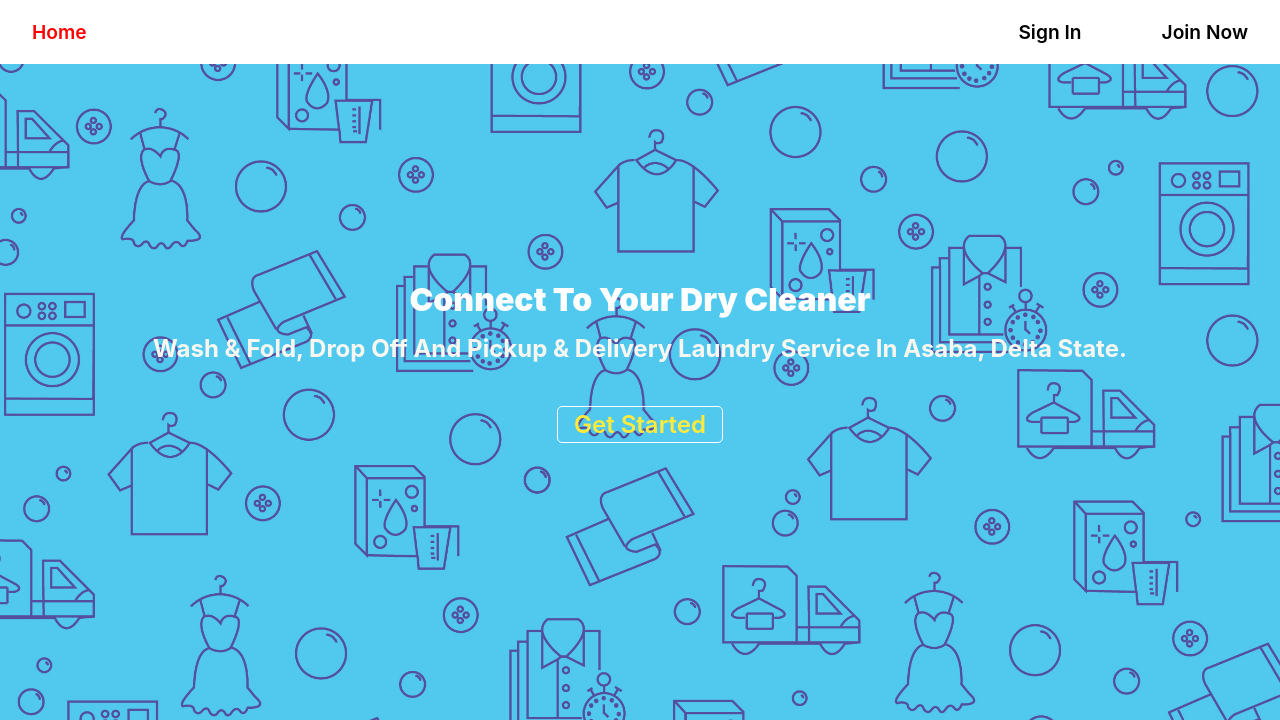
Repository: MikkyPrestige/fake-user-authentication
Page: /
An editor plug-in stored every save of this project. The page is shown before and after the next save, followed by the edit.
The browser window is 1280 px wide. The pictures show the whole page.
The pointer rests on the first visible `.home__link`.
The project was rebuilt for these pictures with package versions that can differ from the ones it lists, and the page was loaded fresh each time.

Above is the page before, as saved 2022-11-19 23:41:11.

### src/index.css
body {
  margin: 0;
  font-family: -apple-system, BlinkMacSystemFont, 'Segoe UI', 'Roboto', 'Oxygen',
    'Ubuntu', 'Cantarell', 'Fira Sans', 'Droid Sans', 'Helvetica Neue',
    sans-serif;
  -webkit-font-smoothing: antialiased;
  -moz-osx-font-smoothing: grayscale;
  background-image: url(./assets/img/pattern_blue-1.jpg);
  background-repeat: no-repeat;
  background-size: cover;
  background-position: center;
  background-attachment: fixed;
}

code {
  font-family: source-code-pro, Menlo, Monaco, Consolas, 'Courier New',
    monospace;
}

### src/App.jsx
import React from "react";
import { Route, Routes } from "react-router-dom";
import { Home, Navigation } from "./components";

function App() {
  return (
    <div className="App">
      <Navigation />
      <Routes>
      <Route path="/" element={< Home />} />
      </Routes>
    </div>
  );

}

export default App;

### src/components/index.js
export { default as Home } from './home';
export { default as Navigation } from './navigation';

### src/components/home.jsx
// HOME COMPONENT - This is the main component for the home page
// It contains the main content for the home page

import React from 'react';
import { Link } from 'react-router-dom';
import "../assets/styles/home.css";

const Home = () => {
    return (
        <div className="home">
            <div className="home__content">
                <h1 className="home__title">Connect to your Dry Cleaner</h1>
                <p className="home__description">Wash & fold, drop off and pickup & delivery laundry service in Asaba, Delta State.</p>
                <Link to="/" className="home__link">Get started</Link>
            </div>
        </div>
    )
}

export default Home;

### src/components/navigation.jsx
// NAVIGATION COMPONENT

import React from "react";
import { NavLink } from "react-router-dom";
import "../assets/styles/navigation.css";

const Navigation = () => {
  return (
    <div className="navigation">
      <nav className="navigation__links">
        <div className="navigation--link">
          <NavLink
            style={({ isActive }) =>
              isActive ? { color: "red" } : { color: "black" }
            }
            to="/"
            className="navigation__link--item"
            exact
          >
            Home
          </NavLink>
        </div>
        <div className="navigation__link--wrapper">
          <NavLink
            style={({ isActive }) =>
              isActive ? { color: "red" } : { color: "black" }
            }
            to="/signIn"
            className="navigation__link--item"
          >
            Sign In
          </NavLink>
          <NavLink
            style={({ isActive }) =>
              isActive ? { color: "red" } : { color: "black" }
            }
            to="/join"
            className="navigation__link--item"
          >
            Join Now
          </NavLink>
        </div>
      </nav>
    </div>
  );
};

export default Navigation;

### src/assets/styles/home.css
.home {
  background: url(../img/pattern_blue-1.jpg) no-repeat cover center fixed;
  height: 100vh;
  color:  #fff;
}

.home__content {
  display: flex;
  flex-direction: column;
  justify-content: center;
  align-items: center;
  height: 100%;
  line-height: .2rem;
  text-transform: capitalize;
}

.home__title {
  font-size: 2rem;
  font-weight: 900;
}

.home__description {
  font-size: 1.5rem;
  font-weight: 700;
  color: #FAF7F0;
}

.home__link {
  text-decoration: none;
  color: #FFEB3B;
  font-size: 1.5rem;
  font-weight: 600;
  padding: 1rem;
  border: 1px solid #fff;
  border-radius: 5px;
  margin-top: 2rem;
}

### src/assets/styles/navigation.css
.navigation {
    background-color: #fff;
    height: 4rem;
    position: fixed;
    top: 0;
    width: 100%;
    z-index: 100;
}

.navigation__links {
    display: flex;
    justify-content: space-between;
    align-items: center;
    height: 100%;
    padding: 0 2rem;
}

.navigation__link--item {
    font-size: 1.2rem;
    font-weight: 600;
    text-decoration: none;
}

.navigation__link--wrapper {
  display: flex;
  align-items: center;
  gap: 5rem;
}

Loaded but not shown: public/index.html (common file); src/index.js (common file); public/manifest.json (common file)

After the next save:
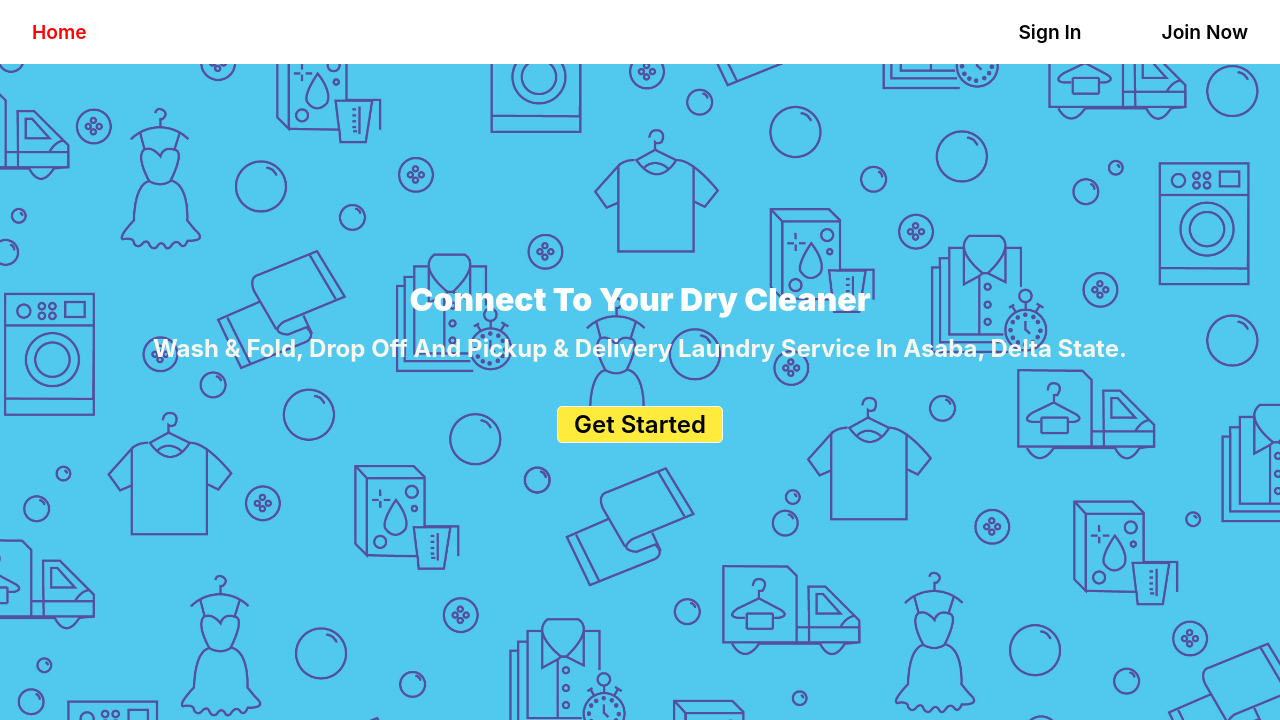
Saved 81 s later.
--- a/src/assets/styles/home.css
+++ b/src/assets/styles/home.css
@@ -35,3 +35,8 @@
   border-radius: 5px;
   margin-top: 2rem;
 }
+
+.home__link:hover {
+  background-color: #FFEB3B;
+  color: #000;
+}
